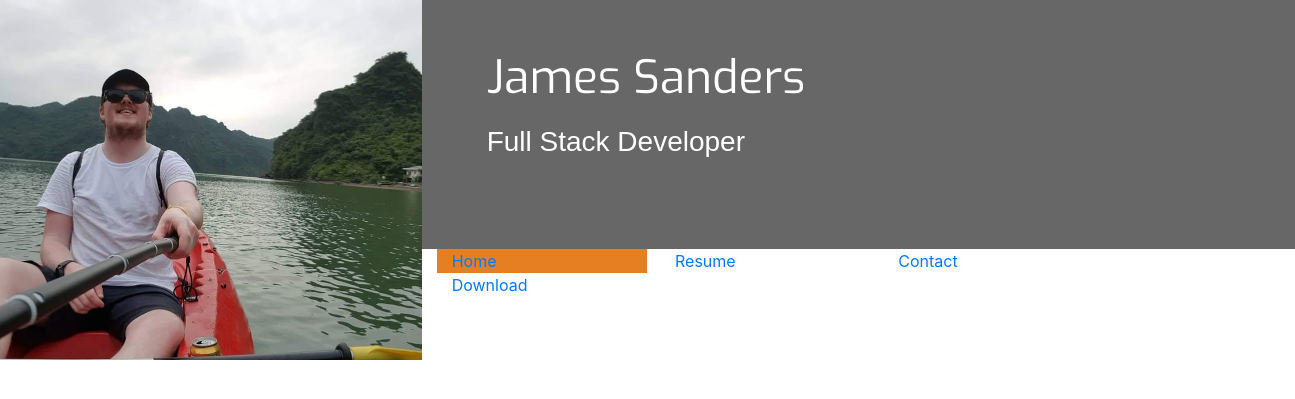
Repository: JaySanders95/my-online-resume
Page: index.html
These files come from the project's save history. The page is drawn as it stood at one moment and after the next save; the edit follows.
The browser window is 1280 px wide. The page is 1295 px wide, so the pictures cover 1295 px, including what lies to the right of the window. The pictures show the whole page.
Some web fonts or font styles are not loaded; a fallback is used. Some web libraries are served in a nearby version.

Above is the page before, as saved 2023-04-17 17:15:22.

### index.html
<!DOCTYPE html>
<html lang="en">
<head>
    <meta charset="UTF-8">
    <meta http-equiv="X-UA-Compatible" content="IE=edge">
    <meta name="viewport" content="width=device-width, initial-scale=1.0">
    <link rel="stylesheet" href="https://cdn.jsdelivr.net/npm/@fortawesome/fontawesome-free@6.2.1/css/fontawesome.min.css" integrity="sha384-QYIZto+st3yW+o8+5OHfT6S482Zsvz2WfOzpFSXMF9zqeLcFV0/wlZpMtyFcZALm" crossorigin="anonymous">
    <link rel="stylesheet" href="https://cdn.jsdelivr.net/npm/bootstrap@4.6.2/dist/css/bootstrap.min.css" integrity="sha384-xOolHFLEh07PJGoPkLv1IbcEPTNtaed2xpHsD9ESMhqIYd0nLMwNLD69Npy4HI+N" crossorigin="anonymous">
    <link rel="stylesheet" href="assets/css/style.css">
    <title>James Sanders' Resume</title>
</head>
<body>
    <header>
        <div class="row">
            <a href="index.html" class="col-md-4 logo">

            </a>
            <div class="col-md-8">
                <div class="row bg-color-name-title">
                    <div class="col heading">
                        <h1 class="name">James Sanders</h1>
                        <h2 class="title">Full Stack Developer</h2>

                    </div>
                </div>
                <div class="row">
                    <div class="col">
                        <ul id="nav" class="list-inline">
                            <li class="col-6 col-sm-3 ui-menu-color-home list-inline-item">
                                <a href="#"><span>Home</span></a>
                            </li>
                            <li class="col-6 col-sm-3 list-inline-item">
                                <a href="#"><span>Resume</span></a>
                            </li>
                            <li class="col-6 col-sm-3 list-inline-item">
                                <a href="#"><span>Contact</span></a>
                            </li>
                            <li class="col-6 col-sm-3 list-inline-item">
                                <a href="#"><span>Download</span></a>
                            </li>
                        </ul>
                    </div>
                </div>
            </div>
        </div>
    </header>
    <section>

    </section>
    <footer>

    </footer>
    <script src="https://kit.fontawesome.com/c80cd6a143.js" crossorigin="anonymous"></script>
</body>
</html>

### assets/css/style.css
@import url('https://fonts.googleapis.com/css2?family=Anuphan:100,200,300,400,500,600,700wght@300&family=Exo:100,200,300,400,500,600,700ital,wght@1,300&display=swap');
.bg-color-name-title {
    background-color:#676767;
}


.ui-menu-color-home {
    background-color: #e67e22;
}

.ui-menu-color-resume {
    background-color: #e67e22;
}

.ui-menu-color-contact {
    background-color: #e67e22;
}

.ui-menu-color-download {
    background-color: #e67e22;
}

header {
    margin: 0;
}

.heading {
    margin-left: 50px;
}

.logo {
    background: url(../images/me.png);
    background-position: center;
    background-repeat: no-repeat;
    background-size: cover;
    min-height: 360px;
    transition: all .5s ease-in-out;
    -moz-transition: all .5s ease-in-out;
    -webkit-transition: all .5s ease-in-out;
}

.name {
    font-family: 'Exo', sans-serif;
    font-weight: 100;
    font-size: 46px;
    margin-top: 50px;
    color: #fff;
}

.title {
    font-family: 'Anuphan', sans-serif;
    font-weight: 200;
    font-size: 28px;
    margin-top: 20px;
    margin-bottom: 90px;
    color: #fff;
}

After the next save:
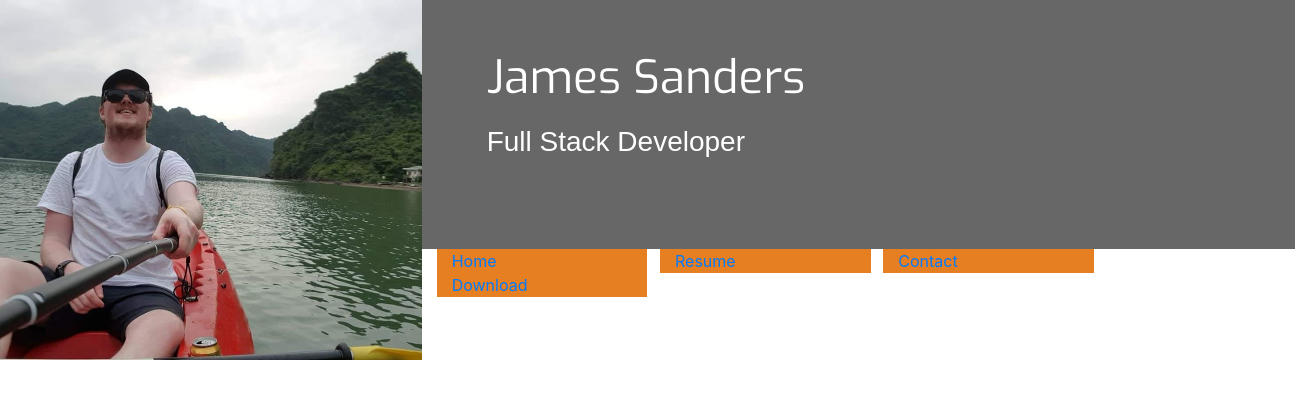
Saved 72 s later.
--- a/index.html
+++ b/index.html
@@ -29,13 +29,13 @@
                             <li class="col-6 col-sm-3 ui-menu-color-home list-inline-item">
                                 <a href="#"><span>Home</span></a>
                             </li>
-                            <li class="col-6 col-sm-3 list-inline-item">
+                            <li class="col-6 col-sm-3 ui-menu-color-resume list-inline-item">
                                 <a href="#"><span>Resume</span></a>
                             </li>
-                            <li class="col-6 col-sm-3 list-inline-item">
+                            <li class="col-6 col-sm-3 ui-menu-color-contact list-inline-item">
                                 <a href="#"><span>Contact</span></a>
                             </li>
-                            <li class="col-6 col-sm-3 list-inline-item">
+                            <li class="col-6 col-sm-3 ui-menu-color-download list-inline-item">
                                 <a href="#"><span>Download</span></a>
                             </li>
                         </ul>
